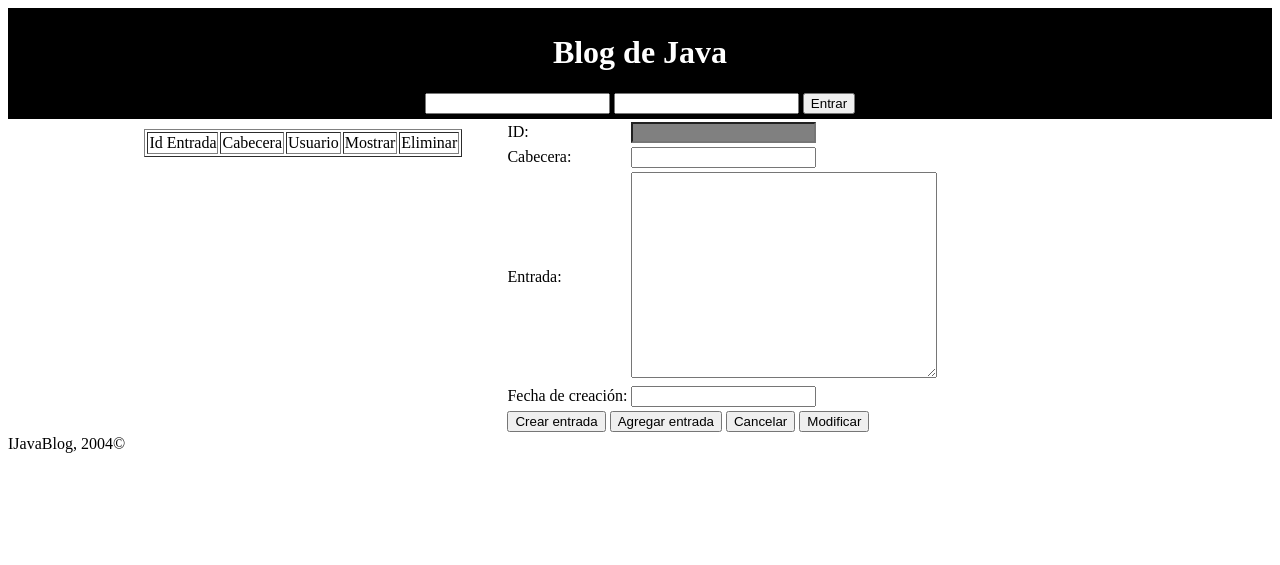
Repository: alruis/IJavaDreamBlog
Page: http://localhost/IJavaBlog/jsp/blog/inicio.jsp
The author's editor kept a copy of each file at every save. The page is drawn from the files as they stood at one save, then again after the next save.
The browser window is 1280 px wide. The pictures show the whole page.
The page is served by Tomcat 9. Nobody is signed in. The application's start-up code is not run. Other server files are loaded and not shown. The template is opened directly, without the code that normally fills it, so the values that code supplies are empty.

Above is the page before, as saved 2014-09-25 07:43:48.

### IJavaBlog/WebContent/jsp/blog/inicio.jsp
<%@ page language="java" contentType="text/html; charset=UTF-8"
    pageEncoding="UTF-8"%>
     <%@page import="model.Entrada"%>
 <%@page import="java.util.List"%>
<%@ taglib prefix="c" uri="http://java.sun.com/jsp/jstl/core" %>
<%@ taglib prefix="form" uri="http://www.springframework.org/tags/form" %>
<!DOCTYPE html>
<html>
<head>
	<meta charset="UTF-8">
	<title>IJavaBlog</title>
	<!-- <link href="css/comun.css" rel="stylesheet" type="text/css" />  -->
	<!-- <link href="css/bootstrap.css" rel="stylesheet" type="text/css" />   -->


	<style type="text/css">



	td.entradas{
	text-align: left;
	}

	div.enlaces{
 	line-height:30px;
    background-color:#eeeeee;
    height:300px;
    width:100px;
    float:left;
    padding:5px;

	}
	div.entradas{
	width:350px;
    float:left;
    padding:10px;

	}

	div.cuerpo{
	text-align: left;
	<!--background-color: white; -->
	height: 100%;
	overflow:visible;
	width: 80%;
	margin-left: auto;
	margin-right: auto;
	}


	div.cabecera{
	 background-color:black;
    color:white;
    text-align:center;
    padding:5px;

	}

	div.pie{
	 background-color:black;
    color:white;
    clear:both;
    text-align:center;
   padding:5px;

	}




	</style>

	<script>

	const AGREGAR = 0;
		const MODIFICAR = 1;


		var init=function(){

		}

		var confirmar = function() {
			var confirmado = confirm("Seguro que deseas eliminar la entrada?");
			return confirmado; // true o false
		};

		var guardar = function(op) {
			var form = document.forms.entradaForm;

			if (op == AGREGAR)
				form.action = "agregarEntrada.blog";
			else if (op == MODIFICAR)
				form.action = "modificarEntrada.blog";

			form.submit();
		};



	</script>


</head>
<body  onload="init()">


	<div id="cabecera" class="cabecera"><%@ include file="cabecera.jsp" %></div>

		<div id="errores">
		<c:forEach var="e" items="${errores}">
			${e}<br/>
		</c:forEach>

</div>
	<div id="body" class="cuerpo" >
	<div id="entradas" class="entradas" >
		<table id="tablaEntradas" border="1">


		<tbody id="tbodyEntradas" >
		<thead>
		<tr><td>Id Entrada</td>
		<td>Cabecera</td>
		<td>Usuario</td>
	<td>Mostrar</td>
		<td>Eliminar</td></tr>

		</thead>
		<%
			// Obteniendo personas que son enviadas desde el Controlador
			List<Entrada> entradas = (List<Entrada>)
			request.getAttribute("entradas");

			if (entradas != null) {
				int num = 1;
				for (Entrada ent : entradas) {
		%>

					<tr>

						<td><%= ent.getIdEntrada() %></td>
						<td><%= ent.getCabeceraEntrada() %></td>
						<td>Creada por el usuario: <%= ent.getIdusuario() %></td>
						<td><a href="mostrar.blog?idEntrada=<%= ent.getIdEntrada() %>"> Mostrar	</a>
						</td>
						<td><a
								href="eliminar.blog?idEntrada=<%= ent.getIdEntrada() %>"
								onclick="return confirmar()" >Eliminar
							</a>
						</td>
					</tr>

		<%
				}
			}
		%>
		</tbody>
	</table>
		</div>

	<!--   <h1>Crear entrada</h1> -->
	<form:form action="agregarEntrada.blog" commandName="entradaForm" method="post">
		<table>
		<tr>
				<td>ID:</td>
				<td><form:input path="idEntrada" readonly="true" cssStyle="background-color: gray;color:white;"/> </td>
			</tr>
			<tr>
				<td>Cabecera:</td>
				<td><form:input path="cabeceraEntrada"/> </td>
			</tr>
			<tr>
				<td>Entrada:</td>
				<td><form:textarea cssStyle="width:300px;height:200px" path="entrada" /> </td>
			</tr>

			<tr>
				<td>Fecha de creación:</td>
				<td><form:input path="fechaCreacion"/> </td>
			</tr>
			<tr>
				<td colspan="2">
					<input type="submit" value="Crear entrada"/>
					<input type="button" value="Agregar entrada" onclick="guardar(AGREGAR)"/>
				<input type="button" value="Cancelar" onclick="window.location.href='inicio.blog'"/>
				<input type="button" value="Modificar" onclick="guardar(MODIFICAR)"/>
				</td>
			</tr>
		</table>
	</form:form>
	</div>
	<%@ include file="pie.jsp" %>
	</div>

</body>
</html>

### IJavaBlog/WebContent/jsp/blog/cabecera.jsp
<%@ page language="java" contentType="text/html; charset=UTF-8"
    pageEncoding="UTF-8"%>
<%@ taglib prefix="c" uri="http://java.sun.com/jsp/jstl/core" %>

<!--  <link href="css/cabecera.css" rel="stylesheet" type="text/css" /> -->
<div id="cabecera">
	<form action="autenticar.blog" method="post">
	<div onclick="javascript:location.href='index.blog'"><h1>Blog de Java</h1></div>
	<div>
		<c:choose>
			<c:when test="${empty sessionScope.usuario}">
				<input type="text" name="correo" />
				<input type="text" name="clave" />
				<input type="submit" value="Entrar" />
			</c:when>
			<c:otherwise>
			<span style="text-align: right;">
				Bienvenido, ${sessionScope.usuario.correo }
				<a href="cerrarSesion.blog">Cerrar sesión</a>
			</span>
			</c:otherwise>
		</c:choose>
	</div>
	</form>
</div>

### IJavaBlog/WebContent/jsp/blog/pie.jsp
<%@ page language="java" contentType="text/html; charset=UTF-8"
    pageEncoding="UTF-8"%>
<div id="pie">
	IJavaBlog, 2004&copy;
</div>

After the next save:
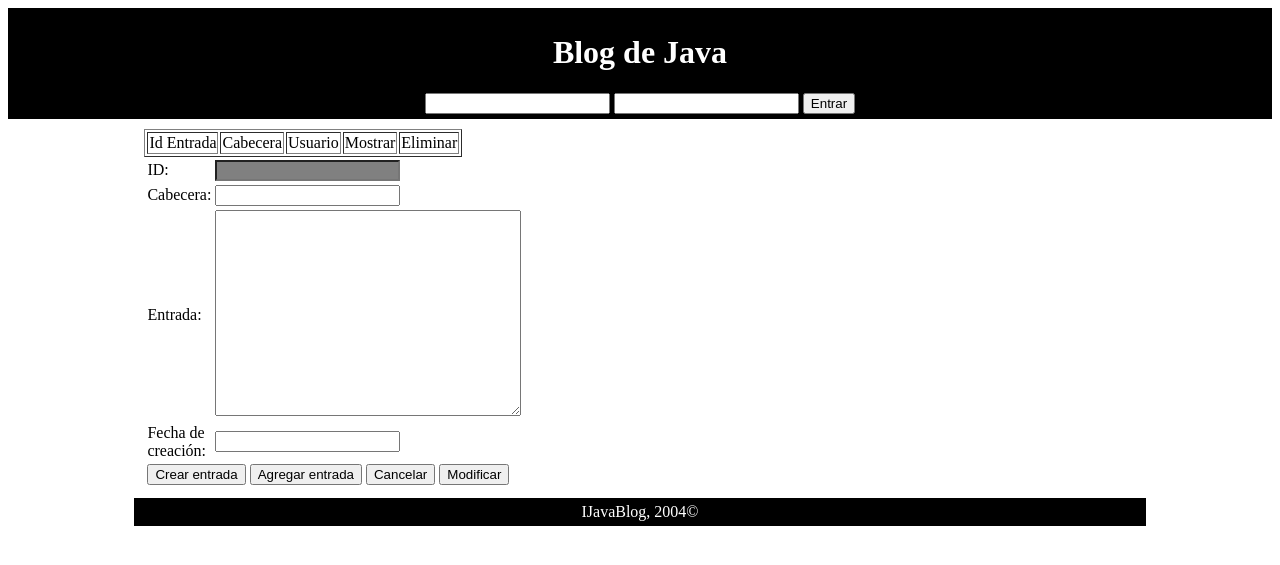
Console error: ReferenceError: init is not defined
Saved 6 min 4 s later.
--- a/IJavaBlog/WebContent/jsp/blog/inicio.jsp
+++ b/IJavaBlog/WebContent/jsp/blog/inicio.jsp
@@ -76,9 +76,7 @@
 		const MODIFICAR = 1;
 
 
-		var init=function(){
 
-		}
 
 		var confirmar = function() {
 			var confirmado = confirm("Seguro que deseas eliminar la entrada?");
@@ -157,7 +155,7 @@
 		%>
 		</tbody>
 	</table>
-		</div>
+
 
 	<!--   <h1>Crear entrada</h1> -->
 	<form:form action="agregarEntrada.blog" commandName="entradaForm" method="post">
@@ -190,6 +188,8 @@
 		</table>
 	</form:form>
 	</div>
+
+	<div class="pie">
 	<%@ include file="pie.jsp" %>
 	</div>
 
